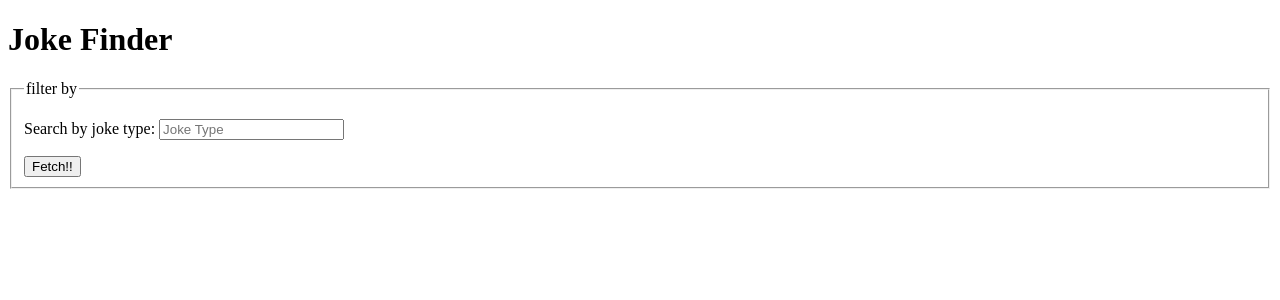
Repository: kaitlynMidori/dadJokeApi
Page: index.html
These files come from the project's save history. The page is drawn as it stood at one moment and after the next save; the edit follows.
The browser window is 1280 px wide. The pictures show the whole page.

Above is the page before, as saved 2021-01-05 14:59:10.
Console error: SyntaxError: Invalid shorthand property initializer

### index.html
<!DOCTYPE html>
<html lang="en">

<head>
    <meta charset="UTF-8" />
    <meta name="viewport" content="width=device-width, initial-scale=1.0" />
    <meta http-equiv="X-UA-Compatible" content="ie=edge" />
    <title>Joke Finder</title>
</head>

<body>

    <div class="container">
        <h1>Joke Finder</h1>
        <fieldset>
            <legend>filter by</legend>
            <form id="getJoke">
                <p>
                    <label for="JokeByType">Search by joke type:</label>
                    <input type="text" name="JokeByType" id="JokeByType" placeholder="Joke Type" list="joke-list" required>
                    <datalist id="joke-list">
                        <option value="General">
                        <option value="Knock-Knock">
                        <option value="Programming">
                    </datalist>
                </p>
                <button type="submit"> Fetch!!</button>
            </form>
        </fieldset>

        <!-- add section element to hold image whish is hidden from user until they click -->
        <section class="results" hidden>
            <h2>Heres Your Joke!!</h2>
            <div class="results" alt="text">
        </section>
        <section class="not-found">
        </section>
    </div>

        <script src="script.js"></script>
    </script>
</body>
</html>

### script.js
"use strict";

function getJoke(userInput) {
    const params= {
        type = userInput,
    };
    const queryString = formatQueryParams(params);
    const url = searchURL + "?" + queryString;
    console.log(url);
    fetch("https://dad-jokes.p.rapidapi.com/joke/type/general", {
	"method": "GET",
	"headers": {
		"x-rapidapi-key": "e82a6ca64fmshac1b6e29139d108p153ff7jsncd763353e550",
		"x-rapidapi-host": "dad-jokes.p.rapidapi.com"
	}
})
.then(response => {
	console.log(response);
})
.catch(err => {
	console.error(err);
});
}

After the next save:
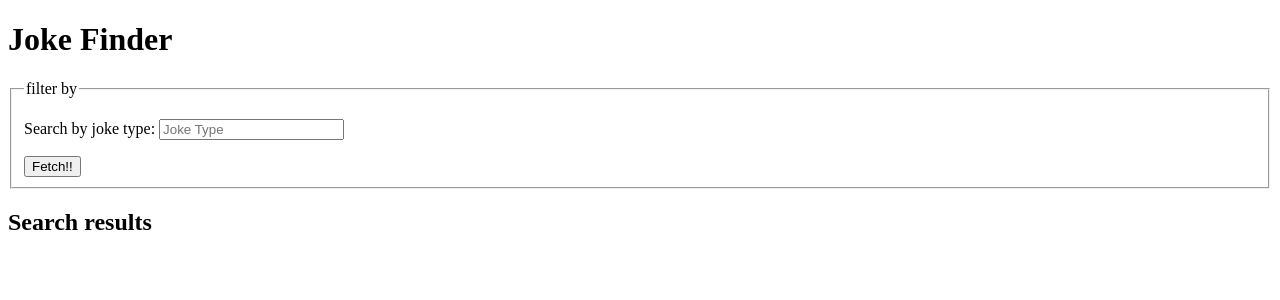
Saved 8 min 42 s later.
--- a/index.html
+++ b/index.html
@@ -29,9 +29,9 @@
         </fieldset>
 
         <!-- add section element to hold image whish is hidden from user until they click -->
-        <section class="results" hidden>
-            <h2>Heres Your Joke!!</h2>
-            <div class="results" alt="text">
+        <section id="results" class="hidden">
+            <h2>Search results</h2>
+            <ul id="results-list"></ul>
         </section>
         <section class="not-found">
         </section>

After the 3 saves that followed:
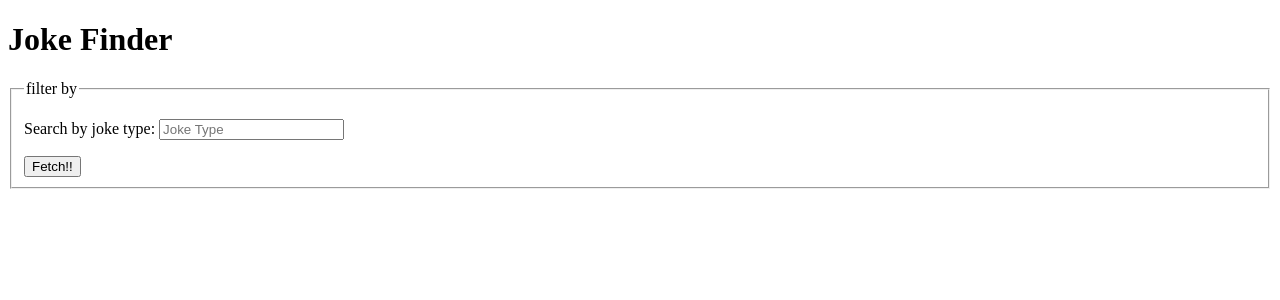
The 3 saves are shown as one change because 2 left the picture as it was.
The last was saved 111 s later.
--- a/index.html
+++ b/index.html
@@ -10,7 +10,7 @@
 
 <body>
 
-    <div class="container">
+    <div id="container">
         <h1>Joke Finder</h1>
         <fieldset>
             <legend>filter by</legend>
@@ -29,7 +29,7 @@
         </fieldset>
 
         <!-- add section element to hold image whish is hidden from user until they click -->
-        <section id="results" class="hidden">
+        <section id="results" hidden>
             <h2>Search results</h2>
             <ul id="results-list"></ul>
         </section>
@@ -37,7 +37,7 @@
         </section>
     </div>
 
-        <script src="script.js"></script>
+        <script src="script.js">
     </script>
 </body>
 </html>
--- a/script.js
+++ b/script.js
@@ -1,4 +1,25 @@
 "use strict";
+
+function formatQueryParams(params) {
+    const queryItems = Object.keys(params)
+      .map(key => `${key}=${params[key]}`)
+    return queryItems.join('&');
+  }
+
+ function displayResults(responseJson, maxResults) {
+     // if there are previous results, remove them
+     console.log(responseJson);
+     $("#results-list").empty();
+     // iterate through the data array
+     for (let i = 0; i < responseJson.data.length; i++) {
+         $("#results-list")
+             .append(`<li><h3><a href=“${responseJson.data[i].url}“>${responseJson.data[i].setup}</a></h3>
+         <p>${responseJson.data[i].punchline}</p>
+         </li>`);
+     }
+     //display the results section
+     $("#results").removeClass("hidden");
+ }
 
 function getJoke(userInput) {
     const params= {
@@ -13,11 +34,20 @@ function getJoke(userInput) {
 		"x-rapidapi-key": "e82a6ca64fmshac1b6e29139d108p153ff7jsncd763353e550",
 		"x-rapidapi-host": "dad-jokes.p.rapidapi.com"
 	}
-})
-.then(response => {
-	console.log(response);
-})
-.catch(err => {
-	console.error(err);
-});
+            })
+            .then(response => {
+	        console.log(response);
+        })
+        .catch(err => {
+	    console.error(err);
+    });
 }
+
+function watchForm() {
+    $("form").submit((event) => {
+        event.preventDefault();
+        let JokeByType = $("#type").val();
+        getJoke(userInput);
+    });
+}
+$(watchForm);
